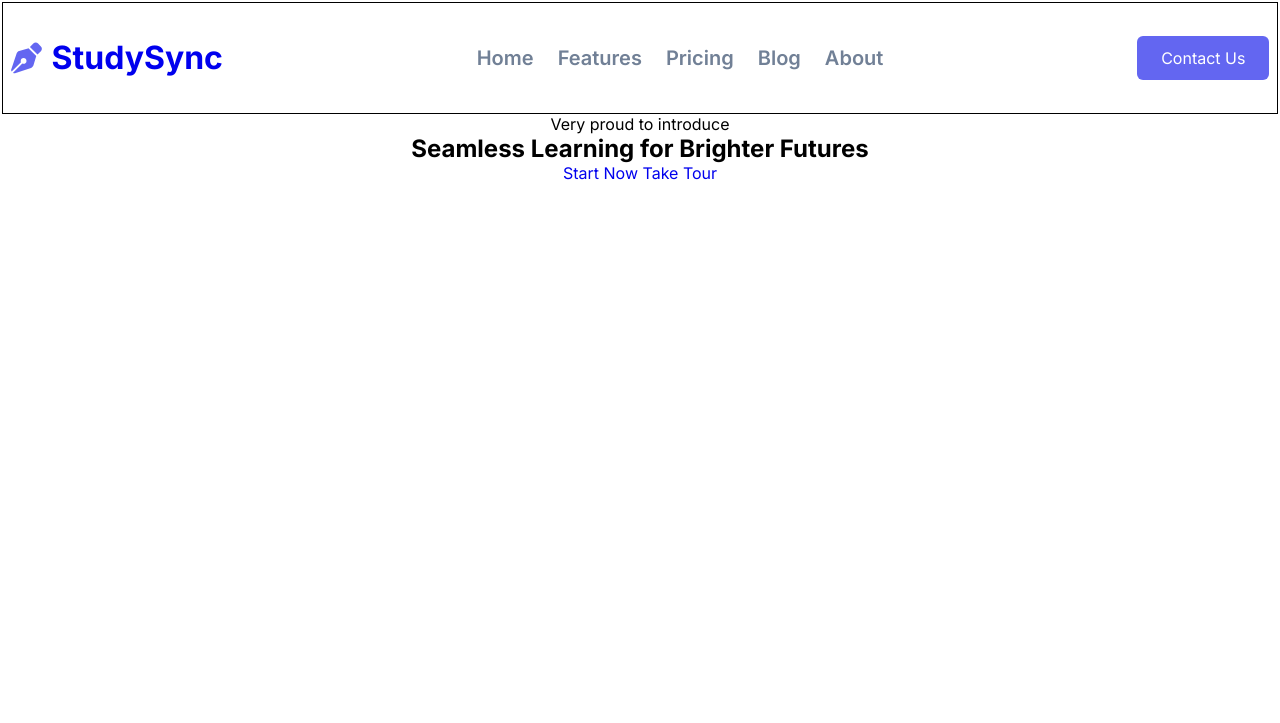
Repository: Vaibhav979/StudySync-FrontEnd-Project
Page: index.html
The author's editor kept a copy of each file at every save. The page is drawn from the files as they stood at one save, then again after a run of saves.
The browser window is 1280 px wide. The pictures show the whole page.

Above is the page before, as saved 2025-04-16 19:07:04.

After the next 2 saves:
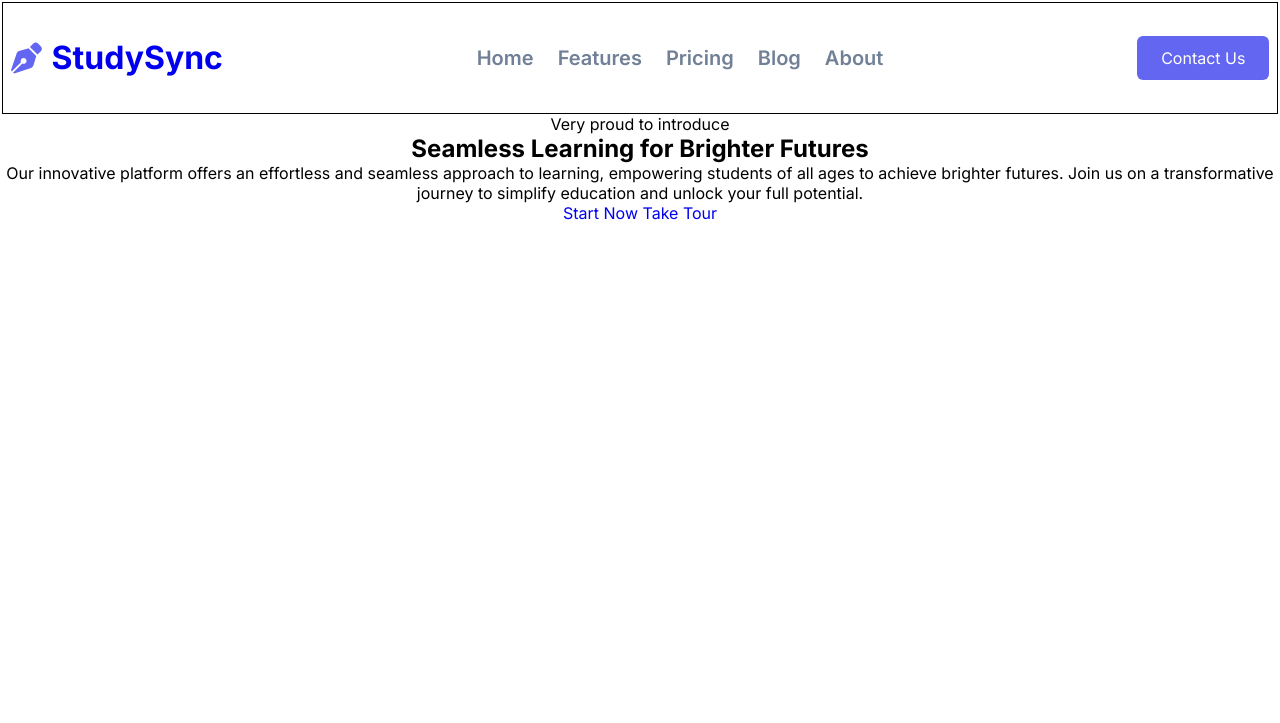
The 2 saves are shown as one change because they came seconds apart.
The last was saved 22 s later.
--- a/index.html
+++ b/index.html
@@ -39,7 +39,10 @@
             <div class="content-left">
                 <p class="section-label">Very proud to introduce</p>
                 <h1 class="section-title">Seamless Learning for Brighter Futures</h1>
-                <p class="section-description"></p>
+                <p class="section-description">Our innovative platform offers an effortless and seamless approach to
+                    learning, empowering students of all ages to achieve brighter futures. Join us on a transformative
+                    journey to simplify education and unlock your full potential.
+                </p>
                 <div class="button-group">
                     <a href="#start" class="start-button">Start Now</a>
                     <a href="#tour" class="tour-button">Take Tour</a>
